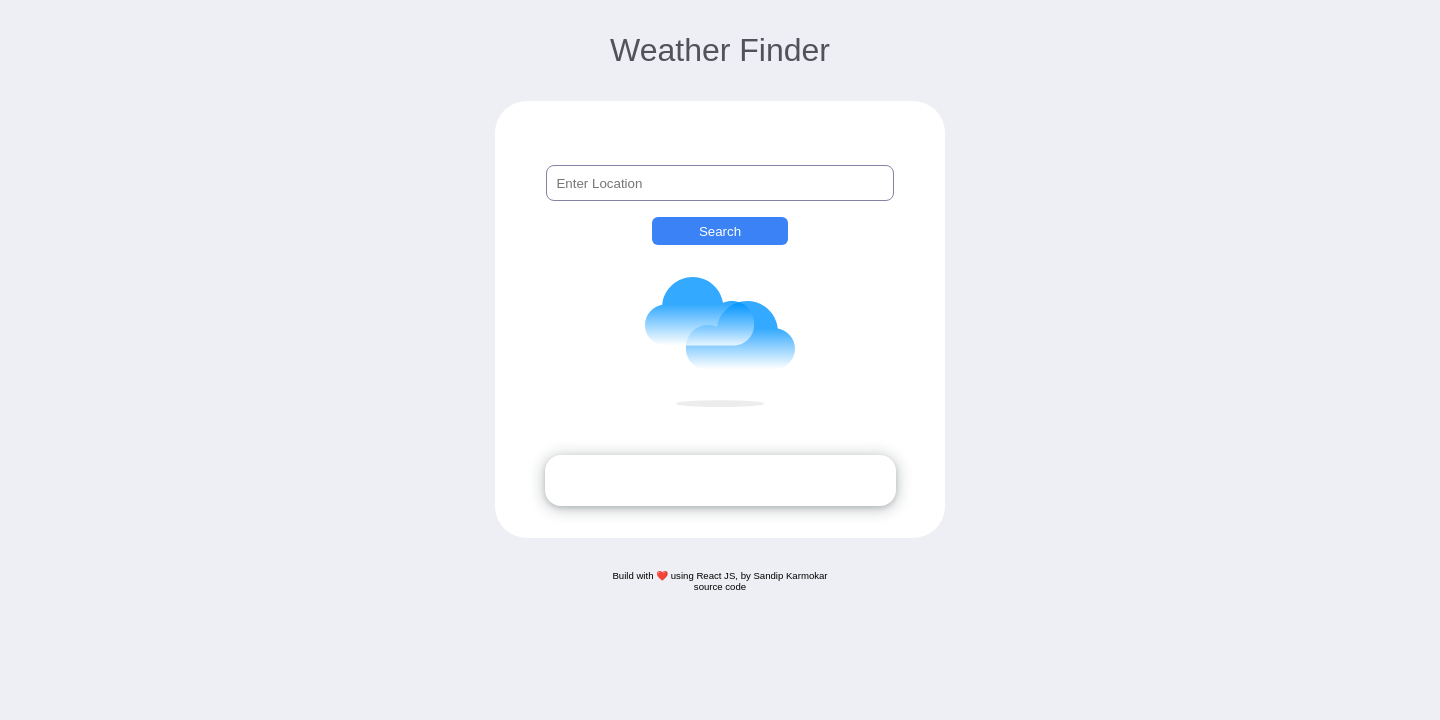
Repository: sandipkarmokar/weather-app
Page: /
These files come from the project's save history. The page is drawn as it stood at one moment and after the next save; the edit follows.
The browser window is 1440 px wide. The pictures show the whole page.
The project was rebuilt for these pictures with package versions that can differ from the ones it lists, and the page was loaded fresh each time.

Above is the page before, as saved 2022-04-12 18:15:54.

### src/App.js
import { useState, useEffect } from 'react';
import './App.css';
import WeatherForm from './components/WeatherForm';
import WeatherInfoShow from './components/WeatherInfoShow';

function App() {
    const [city, setCity] = useState('');
    const [gotData, setGotData] = useState(false);
    const [weatherData, setWeatherData] = useState([]);
    const [isDay, setIsDay] = useState(false);

    console.log(weatherData);
    const url = `https://api.openweathermap.org/data/2.5/weather?q=${city}&appid=390f3fd7515cacb5596ae4765de92a6d`;

    const fetchData = async (e) => {
        e.preventDefault();
        try {
            const response = await fetch(url);
            const data = await response.json();
            setWeatherData(data);
            setGotData(true);
            const isDay = weatherData?.weather[0].icon?.includes('d');
            setIsDay(isDay);
        } catch (error) {
            console.log(error);
            setGotData(false);
        }
    };

    return (
        <div className="app">
            <div className="heading">
                <p>Weather Finder</p>
            </div>
            <div className="app-container">
                <WeatherForm
                    city={city}
                    setCity={setCity}
                    fetchData={fetchData}
                ></WeatherForm>

                <WeatherInfoShow
                    gotData={gotData}
                    weatherData={weatherData}
                    isDay={isDay}
                ></WeatherInfoShow>
            </div>
            <footer>
                <p>Build with ❤️ using React JS, by Sandip Karmokar</p>
                <p>source code</p>
            </footer>
        </div>
    );
}

export default App;

### src/App.css
* {
    margin: 0;
    padding: 0;
    box-sizing: border-box;
    font-family: Arial, Helvetica, sans-serif;
}

.app {
    background-color: #eeeff4;
    height: 100vh;
}

.app .heading p {
    color: #52525b;
    padding-top: 2rem;
    font-size: 2rem;
    text-align: center;
}

.app .app-container {
    width: 90%;
    margin: 2rem auto;
    background: #ffffff;
    border-radius: 2rem;
    padding: 1rem 0;
}

.app .app-container .weather-form {
    width: 86%;
    margin: 0 auto;
    display: flex;
    flex-direction: column;
}

.app .app-container .weather-form input {
    padding: 0.6rem;
    margin: 1rem auto;
    border: 0.5px solid #8383a5;
    border-radius: 8px;
    width: 90%;
    margin-top: 3rem;
}
.app .app-container .weather-form button {
    width: 35%;
    margin: 0 auto;
    padding: 0.4rem;
    background-color: #3b82f6;
    color: #ffffff;
    border: none;
    border-radius: 6px;
    cursor: pointer;
}
.app .app-container .weather-form img {
    width: 150px;

    margin: 2rem auto;
}

.app .app-container .weather-info-show {
    background-color: #ffffff;
    width: 78%;
    box-shadow: rgba(14, 30, 37, 0.12) 0px 2px 4px 0px,
        rgba(14, 30, 37, 0.32) 0px 2px 16px 0px;
    margin: 1rem auto;
    border-radius: 1rem;
    padding: 1.6rem;
}
.app .app-container .weather-info-show .main-info {
    display: flex;
    justify-content: space-between;
}

.app .app-container .weather-info-show .main-info img {
    width: 50px;
    height: 50px;
}
.app .app-container .weather-info-show .main-info .info .location {
    font-size: 1.4rem;
    color: #52525b;
}
.app .app-container .weather-info-show .main-info .info .data {
    font-size: 0.9rem;
    color: #71717a;
}
.app .app-container .weather-info-show .main-info .info .data .large {
    font-size: 1.4rem;
    color: #52525b;
}

.app .app-container .weather-info-show hr {
    width: 50%;
    margin: 1.6rem auto;
}

.app .app-container .weather-info-show .other-info {
    display: flex;
    flex-direction: column;
}
.app .app-container .weather-info-show .other-info p {
    color: #3f3f46;
}

.app .app-container .weather-info-show .other-info .other-info-data {
    display: grid;

    grid-template-columns: 1fr 1fr;
    grid-template-rows: 1fr 1fr;
    gap: 1rem;
    margin-top: 1rem;
}

.app .app-container .weather-info-show .other-info .other-info-data .item {
    display: flex;
}

.app .app-container .weather-info-show .other-info .other-info-data .item img {
    height: 32px;
    width: 32px;
    margin: 0 0.6rem;
}

.app
    .app-container
    .weather-info-show
    .other-info
    .other-info-data
    .item
    .sub-info {
    display: flex;
    flex-direction: column;
}

.app
    .app-container
    .weather-info-show
    .other-info
    .other-info-data
    .item
    .sub-info
    .data {
    color: #3f3f46;
}
.app
    .app-container
    .weather-info-show
    .other-info
    .other-info-data
    .item
    .sub-info
    .sub-info-title {
    color: #3f3f46;
    font-size: 0.8rem;
}

.app footer p {
    text-align: center;
    font-size: 0.6rem;
}

@media only screen and (min-width: 500px) {
    .app {
        background-color: #eeeff4;
        height: 100%;
    }

    .app .app-container {
        width: 400px;
        margin: 2rem auto;
        background: #ffffff;
        border-radius: 2rem;
        padding: 1rem 0;
    }
    .app footer p {
        text-align: center;
        margin: 0 auto;
        width: 450px;
        font-size: 0.6rem;
        background: #eeeff4;
    }
}
@media only screen and (min-width: 1300px) {
    .app {
        background-color: #eeeff4;
        height: 100vh;
    }

    .app .app-container {
        width: 450px;
        margin: 2rem auto;
        background: #ffffff;
        border-radius: 2rem;
        padding: 1rem 0;
    }
    .app footer p {
        text-align: center;
        margin: 0 auto;
        width: 450px;
        font-size: 0.6rem;
        background: #eeeff4;
    }
}

### src/components/WeatherForm.js
import React from 'react';
import mainImage from '../icons/perfect-day.svg';

const WeatherForm = ({ city, setCity, fetchData }) => {
    return (
        <div className="weather-form">
            <input
                type="text"
                placeholder="Enter Location"
                value={city}
                onChange={(e) => setCity(e.target.value)}
            />
            <button onClick={fetchData}>Search</button>
            <img src={mainImage} alt="" />
        </div>
    );
};

export default WeatherForm;

### src/components/WeatherInfoShow.js
import React from 'react';
import imagex from '../icons/cloudy.svg';

import sunset from '../icons/temp.svg';
import sunrise from '../icons/temp.svg';
import humidity from '../icons/humidity.svg';
import wind from '../icons/wind.svg';
import pressure from '../icons/pressure.svg';

const WeatherInfoShow = ({ weatherData, gotData, isDay }) => {
    console.log(weatherData);
    const getTime = (timeStamp) => {
        return `${new Date(timeStamp * 1000).getHours()}:${new Date(
            timeStamp * 1000
        ).getMinutes()}`;
    };
    return (
        <div className="weather-info-show">
            {gotData ? (
                <>
                    <div className="main-info">
                        <div className="info">
                            <div className="location">
                                {weatherData?.name} {weatherData?.sys.country}
                            </div>
                            <div className="data">
                                <span className="large">{`${Math.floor(
                                    weatherData?.main?.temp - 273
                                )}°C`}</span>{' '}
                                | {weatherData?.weather[0].description}
                            </div>
                        </div>
                        <img src={imagex} alt="" />
                    </div>
                    <hr className="line" />
                    <div className="other-info">
                        <p>Other Info</p>
                        <div className="other-info-data">
                            <div className="item">
                                <img src={isDay ? sunset : sunrise} alt="" />
                                <div className="sub-info">
                                    <p className="data">{`${getTime(
                                        weatherData?.sys[
                                            isDay ? 'sunset' : 'sunrise'
                                        ]
                                    )}`}</p>
                                    <p className="sub-info-title">
                                        {isDay ? 'sunset' : 'sunrise'}
                                    </p>
                                </div>
                            </div>
                            <div className="item">
                                <img src={humidity} alt="" />
                                <div className="sub-info">
                                    <p className="data">
                                        {weatherData?.main.humidity}
                                    </p>
                                    <p className="sub-info-title">humidity</p>
                                </div>
                            </div>
                            <div className="item">
                                <img src={wind} alt="" />
                                <div className="sub-info">
                                    <p className="data">
                                        {weatherData?.wind?.speed}
                                    </p>
                                    <p className="sub-info-title">wind</p>
                                </div>
                            </div>
                            <div className="item">
                                <img src={pressure} alt="" />
                                <div className="sub-info">
                                    <p className="data">
                                        {weatherData?.main.pressure}
                                    </p>
                                    <p className="sub-info-title">pressure</p>
                                </div>
                            </div>
                        </div>
                    </div>
                </>
            ) : (
                ''
            )}
        </div>
    );
};

export default WeatherInfoShow;

Loaded but not shown: public/index.html (common file); src/index.js (common file); src/index.css (common file); src/reportWebVitals.js (common file)

After the next save:
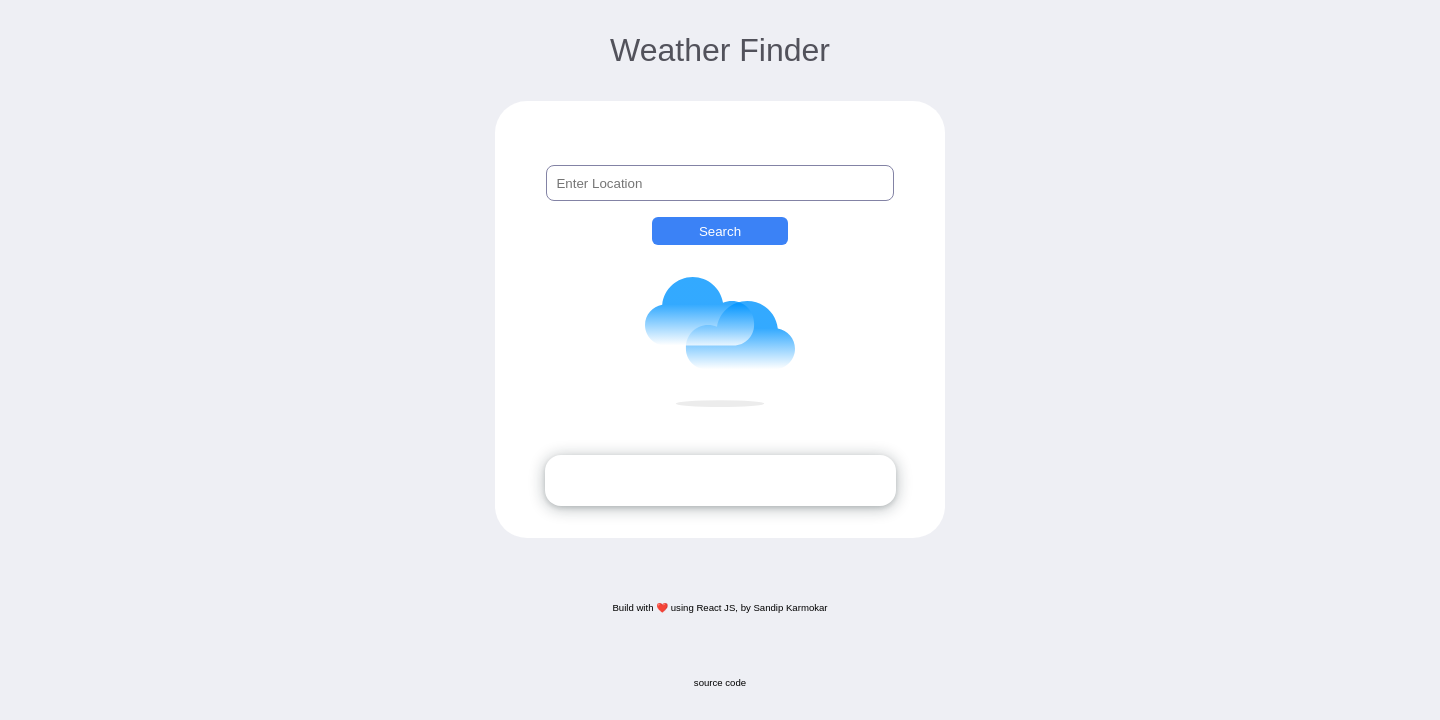
Saved 12 s later.
--- a/src/App.css
+++ b/src/App.css
@@ -197,5 +197,6 @@
         width: 450px;
         font-size: 0.6rem;
         background: #eeeff4;
-    }
-}
+        padding: 2rem;
+    }
+}

After the save that followed:
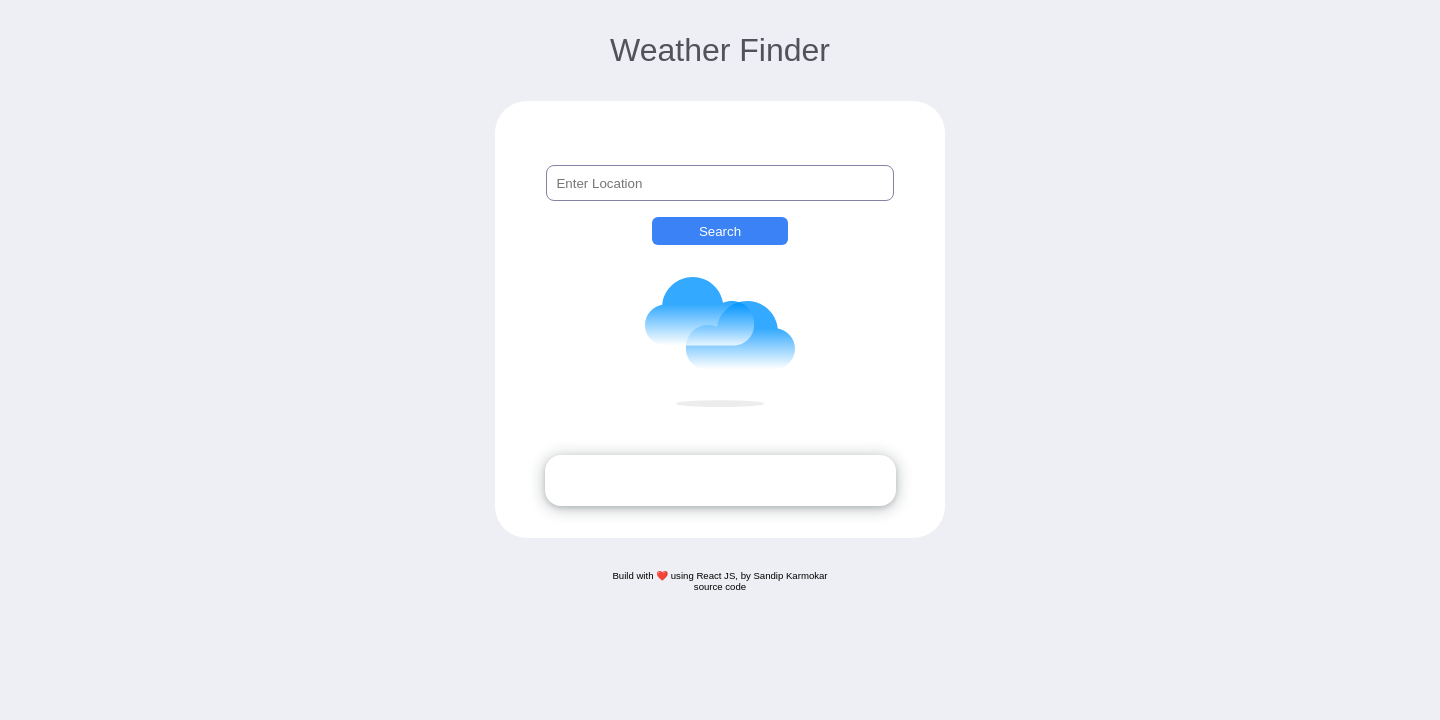
Saved 21 s later.
--- a/src/App.css
+++ b/src/App.css
@@ -191,12 +191,14 @@
         border-radius: 2rem;
         padding: 1rem 0;
     }
+    .app footer {
+        margin: 2rem auto;
+    }
     .app footer p {
         text-align: center;
         margin: 0 auto;
         width: 450px;
         font-size: 0.6rem;
         background: #eeeff4;
-        padding: 2rem;
-    }
-}
+    }
+}
